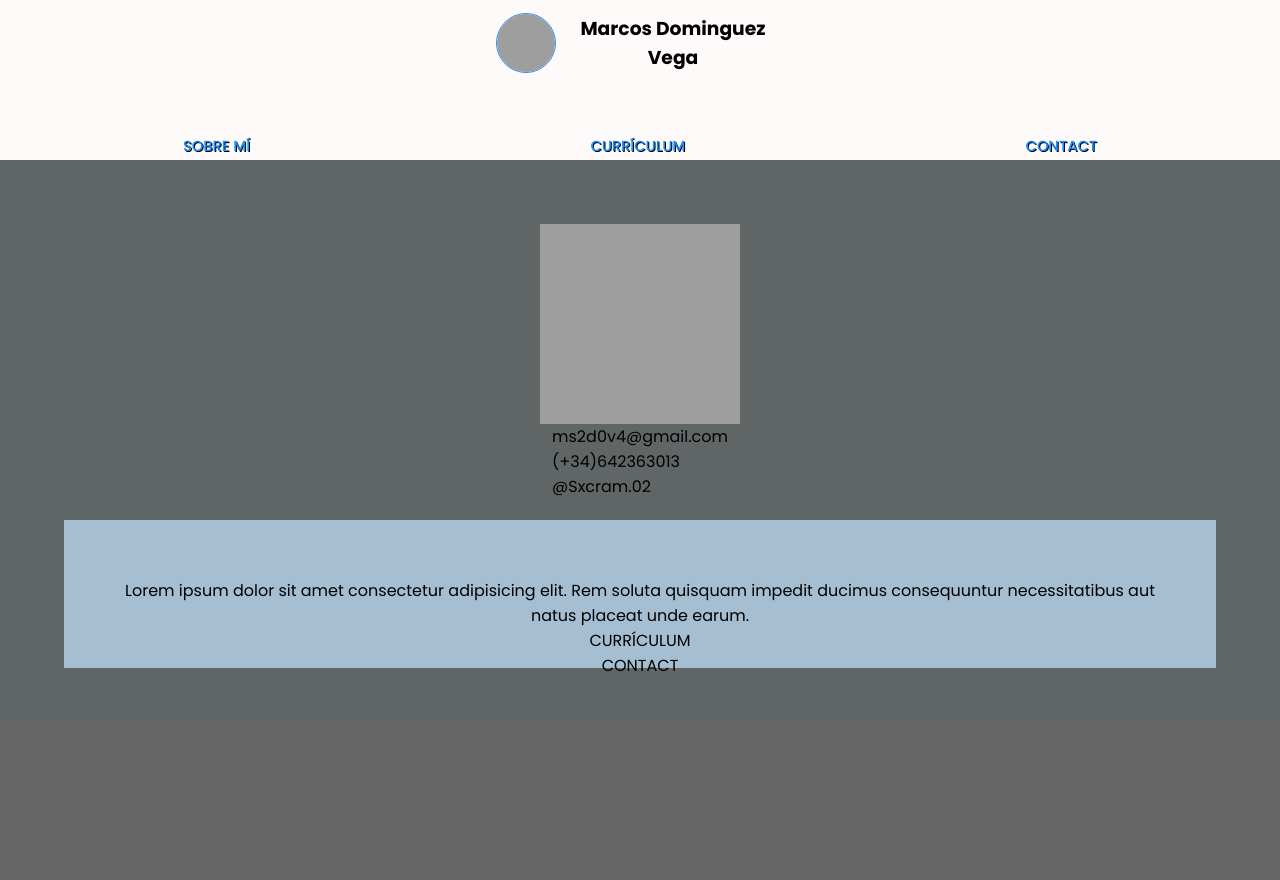
Repository: Sxcram02/Portfoliov.2
Page: index.html
An editor plug-in stored every save of this project. The page is shown before and after a run of saves, followed by the edit.
The browser window is 1280 px wide. The pictures show the whole page.
Pictures or frames that could not be fetched are drawn as grey boxes.

Above is the page before, as saved 2023-04-11 00:22:30.

After the next 2 saves:
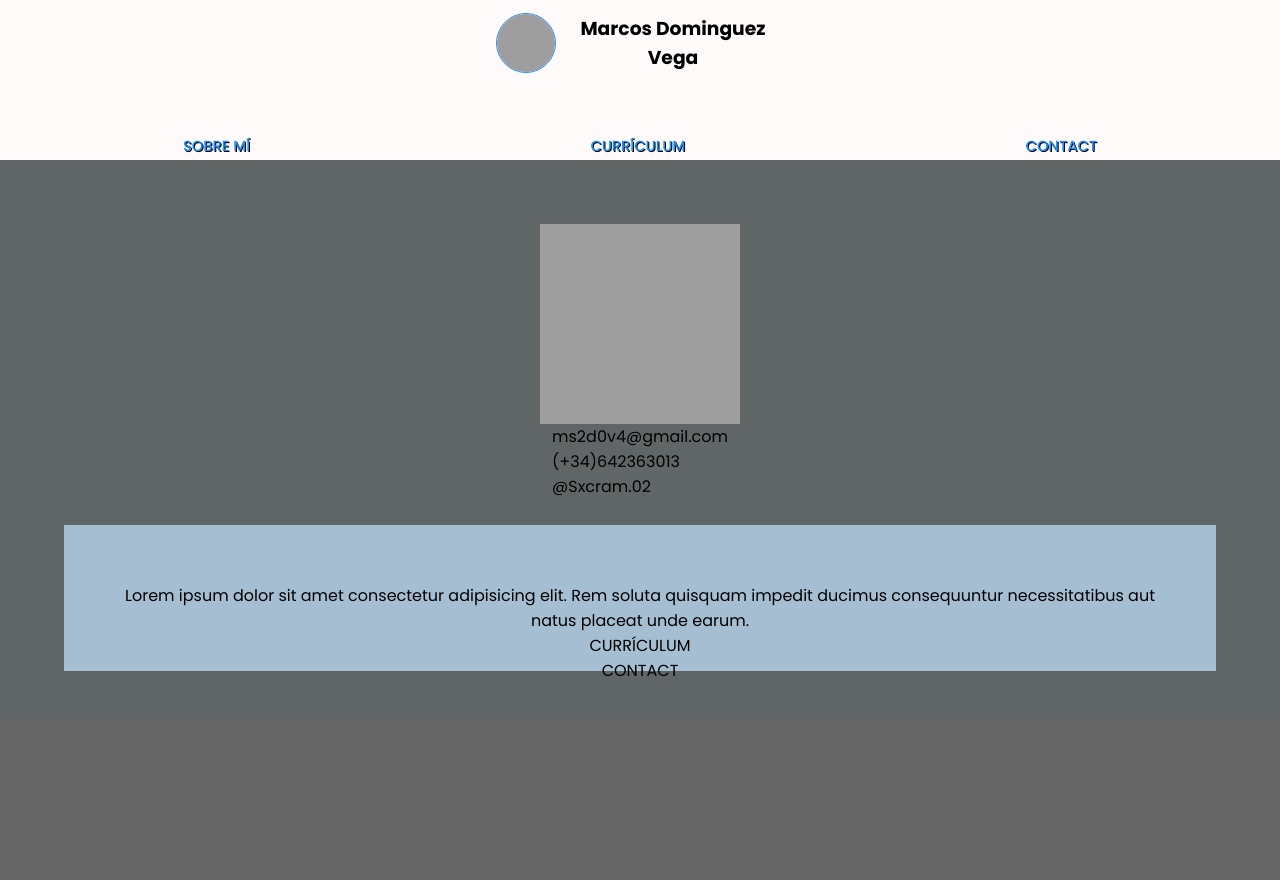
The 2 saves are shown as one change because they came seconds apart.
The last was saved 6 s later.
--- a/css/style.css
+++ b/css/style.css
@@ -82,7 +82,7 @@
     background-color: rgba(0, 0, 0, 0.599);
     display: grid;
     grid-template-columns: 1,1fr;
-    gap: unset;
+    gap: 10px;
     grid-template-rows: repeat(2,1fr);
 }
 

After the save that followed:
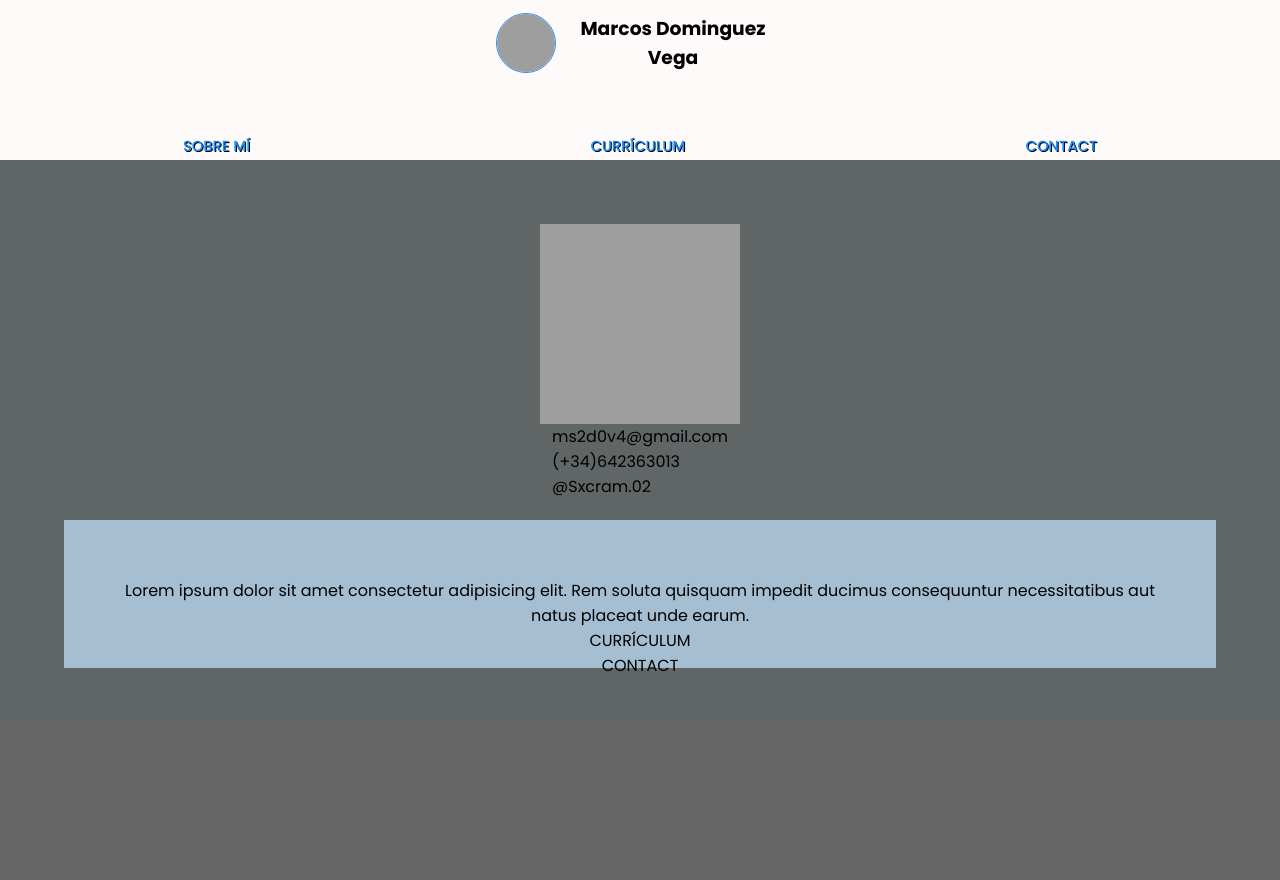
Saved 6 s later.
--- a/css/style.css
+++ b/css/style.css
@@ -82,7 +82,7 @@
     background-color: rgba(0, 0, 0, 0.599);
     display: grid;
     grid-template-columns: 1,1fr;
-    gap: 10px;
+    gap: initial;
     grid-template-rows: repeat(2,1fr);
 }
 
